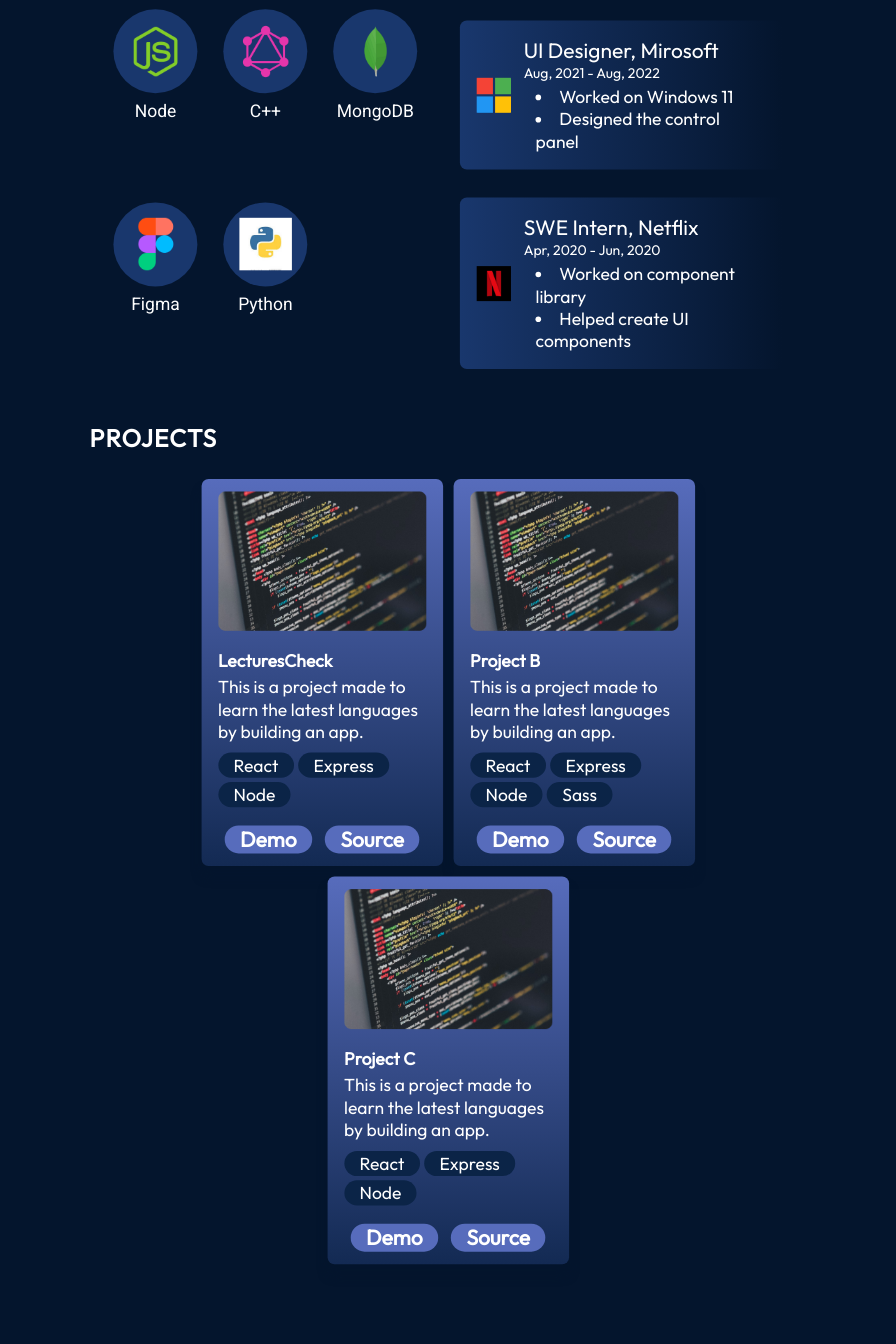
Repository: ARUN-YERRAM/Arun-Yerram-s-Portfolio-Website
Page: /
These files come from the project's save history. The page is drawn as it stood at one moment and after the next save; the edit follows.
The browser window is 1280 px wide. The pictures show the part of the page from y = 1993 to 3913 px (the page is 4237 px tall), at 70% of full size.
The project was rebuilt for these pictures with package versions that can differ from the ones it lists, and the page was loaded fresh each time. Also part of the build but not shown: vite.config.js.

Above is the page before, as saved 2024-06-25 15:19:12.

After the next save:
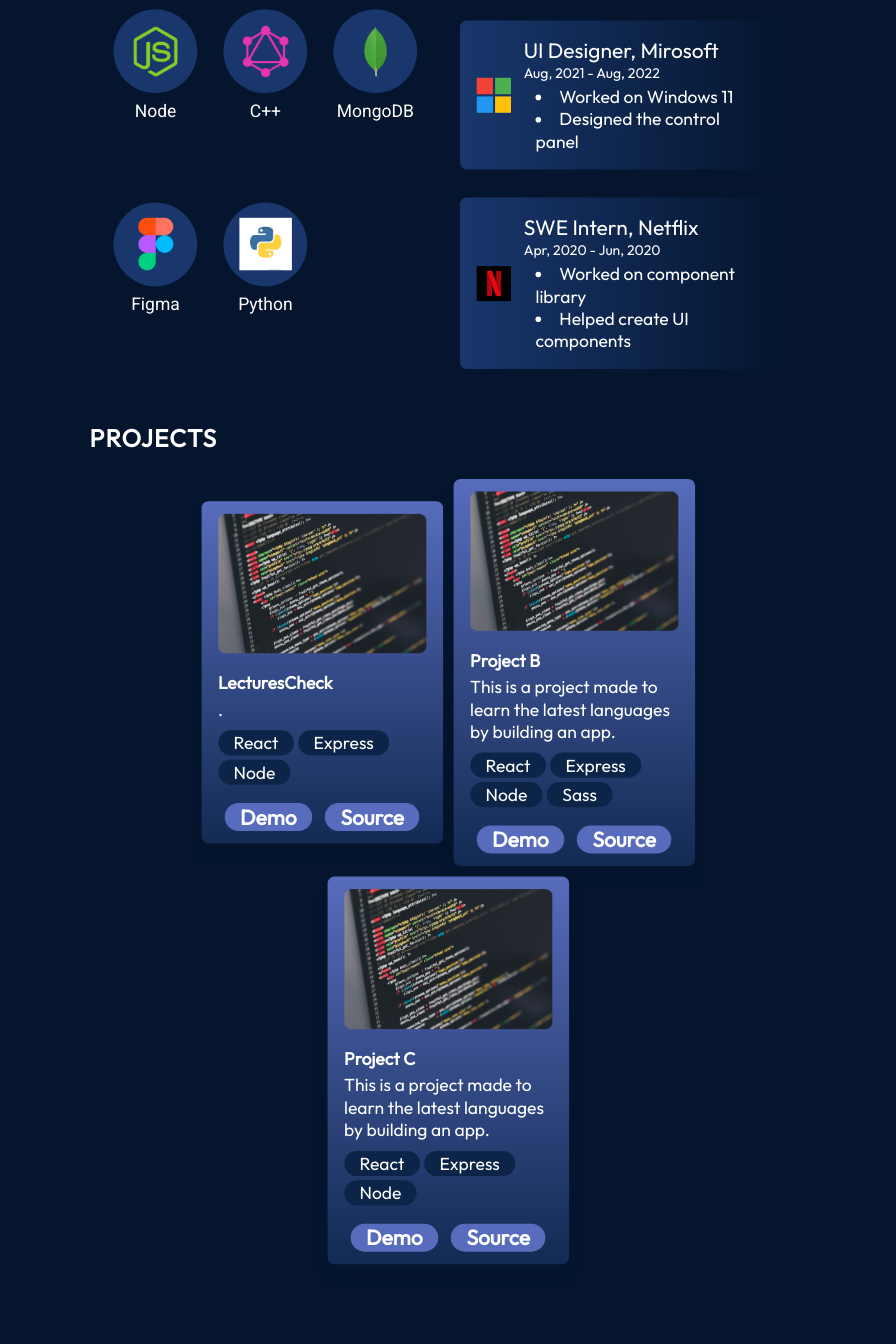
Saved 8 s later.
--- a/src/data/projects.json
+++ b/src/data/projects.json
@@ -2,7 +2,7 @@
   {
     "title": "LecturesCheck",
     "imageSrc": "projects/project.png",
-    "description": "This is a project made to learn the latest languages by building an app.",
+    "description": ".",
     "skills": ["React", "Express", "Node"],
     "demo": "https://www.example.com",
     "source": "https://www.github.com"
